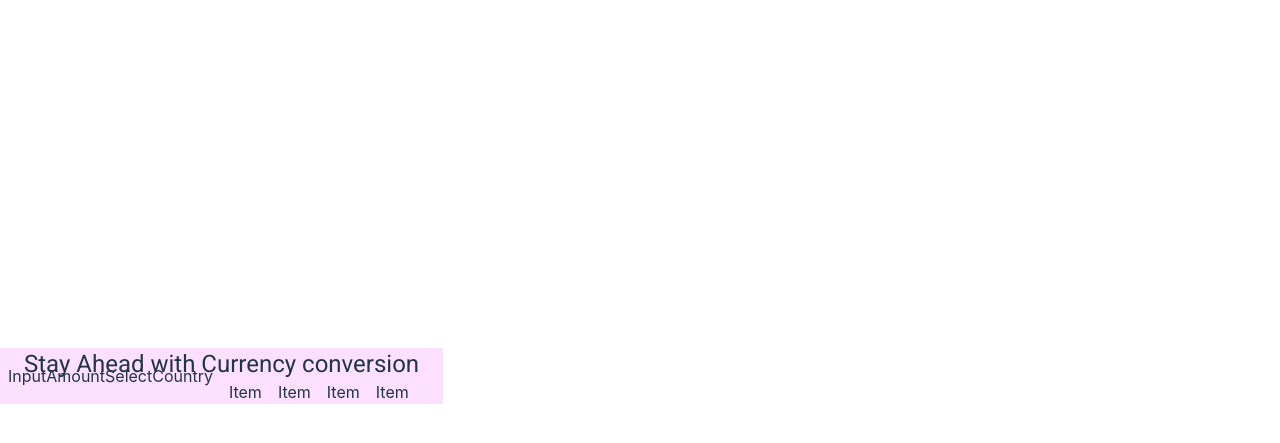
Repository: Asad-devv/CURRENCY
Page: /
The author's editor kept a copy of each file at every save. The page is drawn from the files as they stood at one save, then again after a run of saves.
The browser window is 1280 px wide. The pictures show the whole page.
The project was rebuilt for these pictures with package versions that can differ from the ones it lists, and the page was loaded fresh each time. Also part of the build but not shown: craco.config.js.

Above is the page before, as saved 2023-03-01 21:38:12.

### src/main.jsx
import React from 'react'
import ReactDOM from 'react-dom/client'
import App from './App'
import './index.css'
import '@fontsource/roboto/300.css';
import '@fontsource/roboto/400.css';
import '@fontsource/roboto/500.css';
import '@fontsource/roboto/700.css';


ReactDOM.createRoot(document.getElementById('root')).render(
  <React.StrictMode>
    <App />
  </React.StrictMode>,
)

### src/App.jsx
import { Button, Container,Typography,Grid } from "@mui/material";
import { useState } from "react";
import reactLogo from "./assets/react.svg";
import InputAmount from "./components/InputAmount";
import SelectCountry from "./components/selectCountry";
// import './App.css'

function App() {
  const [count, setCount] = useState(0);

  return (
    <Container maxWidth="md" sx={{ background: "#fddfff" }}>
      <Typography variant = "h5"sx={{mt:"2rem"}}>Stay Ahead with Currency conversion</Typography>
      <Grid container spacing ={2}>
        <InputAmount/>
        <SelectCountry/>
        <Grid item>
          Item
        </Grid>
        <Grid item>
          Item
        </Grid>
        <Grid item>
          Item
        </Grid>
        <Grid item>
          Item
        </Grid>
      </Grid>
    </Container>
  );
}

export default App;

### src/components/InputAmount.jsx
import React from 'react'

const InputAmount = () => {
  return (
    <div>InputAmount</div>
  )
}

export default InputAmount

### src/components/selectCountry.jsx
import React from 'react'

const SelectCountry = () => {
  return (
    <div>SelectCountry</div>
  )
}

export default SelectCountry

### src/components/SwitchCurrency.jsx
import React from 'react'

const SwitchCurrency = () => {
  return (
    <div>SwitchCurrency</div>
  )
}

export default SwitchCurrency

Loaded but not shown: index.html (common file); src/index.css (common file)

After the next 4 saves:
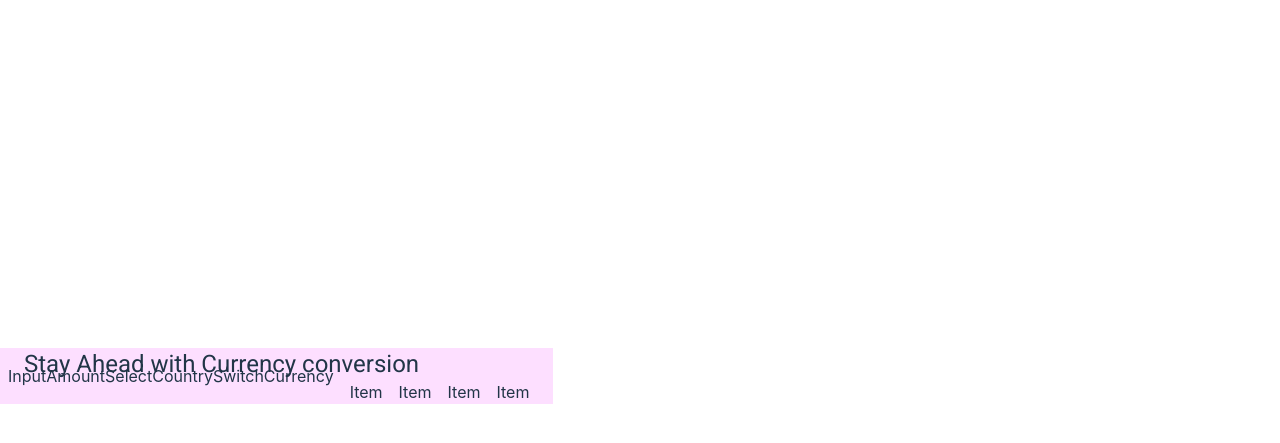
The 4 saves are shown as one change because they came seconds apart.
The last was saved 25 s later.
--- a/src/App.jsx
+++ b/src/App.jsx
@@ -3,6 +3,7 @@ import { useState } from "react";
 import reactLogo from "./assets/react.svg";
 import InputAmount from "./components/InputAmount";
 import SelectCountry from "./components/selectCountry";
+import SwitchCurrency from "./components/SwitchCurrency";
 // import './App.css'
 
 function App() {
@@ -14,6 +15,7 @@ function App() {
       <Grid container spacing ={2}>
         <InputAmount/>
         <SelectCountry/>
+        <SwitchCurrency/>
         <Grid item>
           Item
         </Grid>
